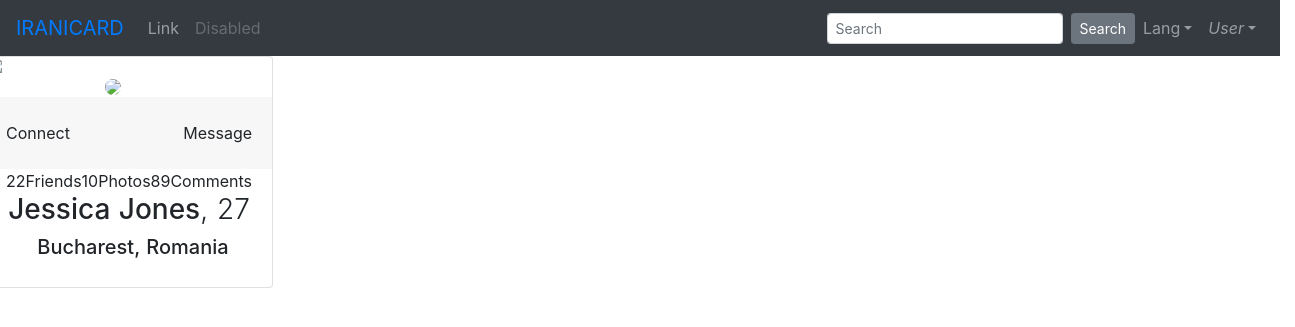
Repository: hosseinemami1370/iranicard
Page: /user
These files come from the project's save history. The page is drawn as it stood at one moment and after a run of saves; the edit follows.
The browser window is 1280 px wide. The page is 1295 px wide, so the pictures cover 1295 px, including what lies to the right of the window. The pictures show the whole page.
The page's requests for data from a server got no answer. The project was rebuilt for these pictures with package versions that can differ from the ones it lists, and the page was loaded fresh each time. The framework's server and built-in components were replaced by stand-ins that run in the browser. No one was signed in, and anything a server would have sent is missing. Also part of the build but not shown: nuxt.config.js, components/Header.vue, components/Logo.vue, components/UI/AppButton.vue, layouts/admin.vue, layouts/error.vue.

Above is the page before, as saved 2021-03-15 00:11:45.
Not found: img/theme/img-1-1000x600.jpg
Not found: img/theme/team-4.jpg

### components/navigation/Header.vue
<template>


<div>
  <b-navbar toggleable="lg" type="dark" variant="dark">
    <b-navbar-brand  ><nuxt-link to="/">IRANICARD</nuxt-link></b-navbar-brand>

    <b-navbar-toggle target="nav-collapse"></b-navbar-toggle>

    <b-collapse id="nav-collapse" is-nav>
      <b-navbar-nav>
        <b-nav-item href="#">Link</b-nav-item>
        <b-nav-item href="#" disabled>Disabled</b-nav-item>
      </b-navbar-nav>

      <!-- Right aligned nav items -->
      <b-navbar-nav class="ml-auto">
        <b-nav-form>
          <b-form-input size="sm" class="mr-sm-2" placeholder="Search"></b-form-input>
          <b-button size="sm" class="my-2 my-sm-0" type="submit">Search</b-button>
        </b-nav-form>

        <b-nav-item-dropdown text="Lang" right>
          <b-dropdown-item href="#">EN</b-dropdown-item>
          <b-dropdown-item href="#">ES</b-dropdown-item>
          <b-dropdown-item href="#">RU</b-dropdown-item>
          <b-dropdown-item href="#">FA</b-dropdown-item>
        </b-nav-item-dropdown>

        <b-nav-item-dropdown right>
          <!-- Using 'button-content' slot -->
          <template #button-content>
            <em>User</em>
          </template>
          <b-dropdown-item href="#">Profile</b-dropdown-item>
          <b-dropdown-item @click="onLogout">Sign Out</b-dropdown-item>
        </b-nav-item-dropdown>
      </b-navbar-nav>
    </b-collapse>
  </b-navbar>
</div>
</template>

<script>


export default {
  middleware: ["check-auth"],

  methods: {
    onLogout() {
      this.$store.dispatch("logout");
      this.$router.push("/auth");
    }
  }

}
</script>



<style>

</style>

### layouts/default.vue
<template>
  <div>

    <Nuxt />
  </div>
</template>
<script>
// import Header from '@/components/navigation/Header'
 export default {
//    components:{
//      Header
//    }
computed:{

    loadedData() {
      return this.$store.getters.isAuthenticated

  }
}
 }

</script>

<style>
html {
  font-family:
    'Source Sans Pro',
    -apple-system,
    BlinkMacSystemFont,
    'Segoe UI',
    Roboto,
    'Helvetica Neue',
    Arial,
    sans-serif;
  font-size: 16px;
  word-spacing: 1px;
  -ms-text-size-adjust: 100%;
  -webkit-text-size-adjust: 100%;
  -moz-osx-font-smoothing: grayscale;
  -webkit-font-smoothing: antialiased;
  box-sizing: border-box;
}

*,
*::before,
*::after {
  box-sizing: border-box;
  margin: 0;
}

.button--green {
  display: inline-block;
  border-radius: 4px;
  border: 1px solid #3b8070;
  color: #3b8070;
  text-decoration: none;
  padding: 10px 30px;
}

.button--green:hover {
  color: #fff;
  background-color: #3b8070;
}

.button--grey {
  display: inline-block;
  border-radius: 4px;
  border: 1px solid #35495e;
  color: #35495e;
  text-decoration: none;
  padding: 10px 30px;
  margin-left: 15px;
}

.button--grey:hover {
  color: #fff;
  background-color: #35495e;
}
</style>

### layouts/header.vue
<template>
 <div>
   <Header />
   <nuxt />
 </div>

</template>

<script>
import Header from '@/components/navigation/Header'
export default {
    components:{
        Header

    },

}
</script>

<style>

</style>

### store/index.js
import Vuex from "vuex";

import Cookie from "js-cookie";

const createStore =() =>{
   return new Vuex.Store({
    state:{
        loadedData:[],
        token:null,
        // visibelLogout:true
    },
    mutations:{
        SETTOKEN(state,token){
            state.token=token;
        },
        CLEARTOKEN(state) {
            state.token = null;
          },
          SETEDATA(state,data){
            state.loadedData=data;
          }
        // SETVISIBLE(state,visible){
        //     state.visibelLogout=visible
        // }
    },
    actions:{
        authenticationUser(vuexContext,authData){
            let authUrl =
          "https://www.googleapis.com/identitytoolkit/v3/relyingparty/verifyPassword?key=" +
          process.env.fbAPIKey;
        if (!authData.isLogin) {
          authUrl =
            "https://www.googleapis.com/identitytoolkit/v3/relyingparty/signupNewUser?key=" +
            process.env.fbAPIKey;
        }
        return this.$axios
          .$post(authUrl, {
            email: authData.email,
            password: authData.password,
            returnSecureToken: true
          })
          .then(result => {
            console.log("result:",result);
            vuexContext.commit("SETEDATA",result.email);
            vuexContext.commit("SETTOKEN", result.idToken);
            localStorage.setItem("token", result.idToken);
            localStorage.setItem("data",result.email);
            console.log("result.expiresIn",result.expiresIn);
            localStorage.setItem(
              "tokenExpiration",
              new Date().getTime() + Number.parseInt(result.expiresIn) * 1000
            );
            Cookie.set("jwt", result.idToken);
            Cookie.set(
              "expirationDate",
              new Date().getTime() + Number.parseInt(result.expiresIn) * 1000
            );
          })
          .catch(e => {
            console.log('error1:', e);
            alert("usre or password invalid!")
          });
        },
        initAuth(vuexContext, req) {
            let token;
            let expirationDate;
            if (req) {
              if (!req.headers.cookie) {
                return;
              }
              const jwtCookie = req.headers.cookie
                .split(";")
                .find(c => c.trim().startsWith("jwt="));
              if (!jwtCookie) {
                return;
              }
              token = jwtCookie.split("=")[1];
              expirationDate = req.headers.cookie
                .split(";")
                .find(c => c.trim().startsWith("expirationDate="))
                .split("=")[1];
            }
            else {
              token = localStorage.getItem("token");
              expirationDate = localStorage.getItem("tokenExpiration");
            }
            if (new Date().getTime() > +expirationDate || !token) {
              console.log("No token or invalid token");
              vuexContext.dispatch("logout");
              return;
            }
            vuexContext.commit("SETTOKEN", token);
          },
          logout(vuexContext) {
            vuexContext.commit("CLEARTOKEN");
            Cookie.remove("jwt");
            Cookie.remove("expirationDate");
            if (process.client) {
              localStorage.removeItem("token");
              localStorage.removeItem("tokenExpiration");
            }
          },
        // setVisible(vuexContext,payload){
        //     vuexContext.commit("SETVISIBLE", payload);
        // }
    },
    getters: {
      loadedData(state) {
        return state.loadedData;
      },
      isAuthenticated(state) {
        return state.token != null;
      },
      // loadedVisible(state){
      //   return state.visibelLogout
      // }
    }
   })
}
export default createStore;

### plugins/core-component.js
import Vue from 'vue';
import AppButton from '@/components/UI/AppButton'
import Vuelidate from 'vuelidate'
Vue.use(Vuelidate)
Vue.component('AppButton', AppButton)

### pages/user/index.vue
<template>
  <div class="row">
    <!-- <b-button></b-button> -->
    <!-- <b-avatar variant="info" src="https://placekitten.com/300/300"></b-avatar>
    <span class="mr-auto">{{ email }}</span> -->
   <b-card no-body img-src="img/theme/img-1-1000x600.jpg" alt="Image placeholder" img-top class="card-profile">
  <b-row class="justify-content-center">
    <b-col lg="3"  class="order-lg-2">
      <div class="card-profile-image">
        <a href="javascript:;">
          <b-img src="img/theme/team-4.jpg" rounded="circle" />
        </a>
      </div>
    </b-col>
  </b-row>
  <b-card-header class="text-center border-0 pt-8 pt-md-4 pb-0 pb-md-4">
    <div class="d-flex justify-content-between">
      <base-button type="info" size="sm" class="mr-4">Connect</base-button>
      <base-button type="default" size="sm" class="float-right">Message</base-button>
    </div>
  </b-card-header>
  <b-card-body class="pt-0">
    <b-row>
      <b-col>
        <div class="card-profile-stats d-flex justify-content-center">
          <div>
            <span class="heading">22</span>
            <span class="description">Friends</span>
          </div>
          <div>
            <span class="heading">10</span>
            <span class="description">Photos</span>
          </div>
          <div>
            <span class="heading">89</span>
            <span class="description">Comments</span>
          </div>
        </div>
      </b-col>
    </b-row>
    <div class="text-center">
      <h5 class="h3">
        Jessica Jones<span class="font-weight-light">, 27</span>
      </h5>
      <div class="h5 font-weight-300">
        <i class="ni location_pin mr-2"></i>Bucharest, Romania
      </div>
    </div>
  </b-card-body>
</b-card>
  </div>
</template>

<script>
export default {
  layout: "header",
  middleware: ["auth"],
  computed: {
    // loadedData() {
    //   return this.$store.getters.loadedData
    // }
  },
  data() {
    return {
      email: localStorage.getItem("data"),
    };
  },
};
</script>

<style>
</style>

After the next 2 saves:
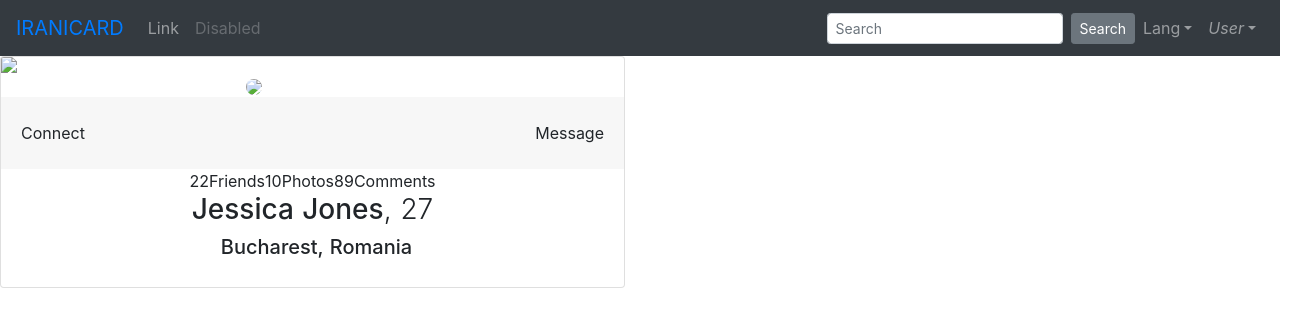
The 2 saves are shown as one change because 1 did not build or start.
The last was saved 60 s later.
--- a/pages/user/index.vue
+++ b/pages/user/index.vue
@@ -1,5 +1,6 @@
 <template>
   <div class="row">
+      <div class="col-md-6">
     <!-- <b-button></b-button> -->
     <!-- <b-avatar variant="info" src="https://placekitten.com/300/300"></b-avatar>
     <span class="mr-auto">{{ email }}</span> -->
@@ -48,6 +49,7 @@
     </div>
   </b-card-body>
 </b-card>
+</div>
   </div>
 </template>
 
